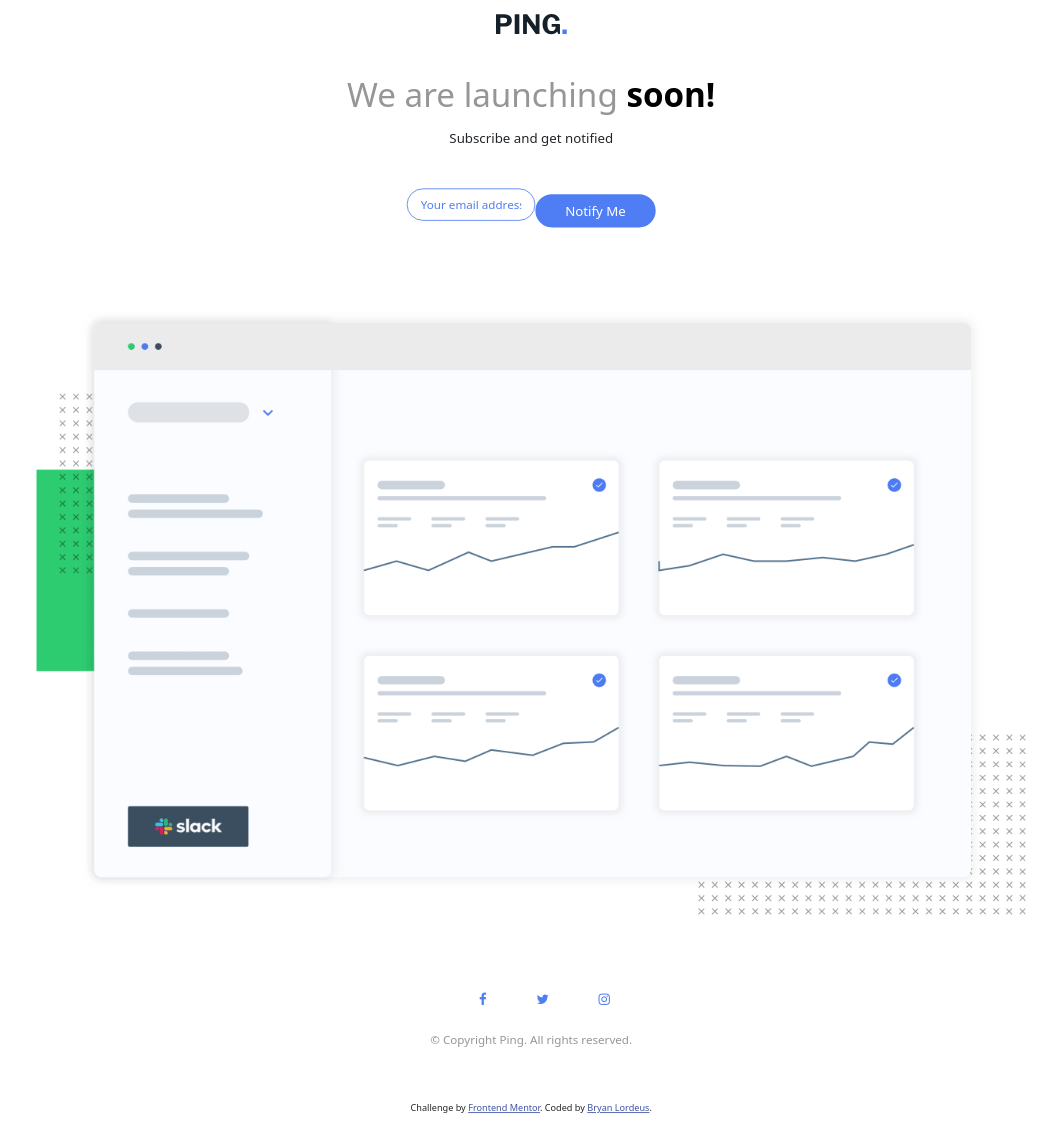
Repository: blordeus/ping-coming-soon-page-master
Page: index.html
The author's editor kept a copy of each file at every save. The page is drawn from the files as they stood at one save, then again after a run of saves.
The browser window is 1280 px wide. The pictures show the whole page, at 83% of full size.
The style sheet was rebuilt from its Sass, Less or Tailwind sources for each picture, by a compiler version that may differ from the author's.

Above is the page before, as saved 2023-08-31 12:42:01.

After the next 5 saves:
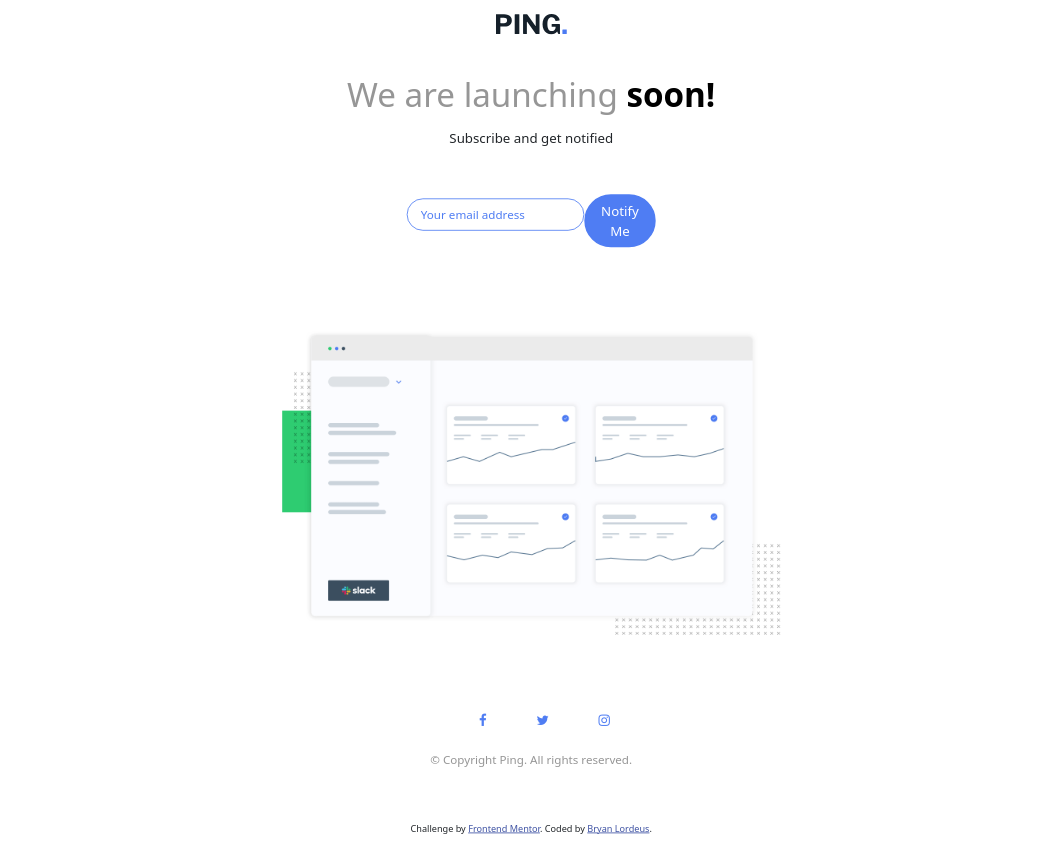
The 5 saves are shown as one change because they came seconds apart.
The last was saved 17 s later.
--- a/style.scss
+++ b/style.scss
@@ -124,7 +124,9 @@
         margin-bottom: 50px;
     }
 
-    button
+    button {
+        width: 40%;
+    }
 
     .showcase img {
         width: 600px;
